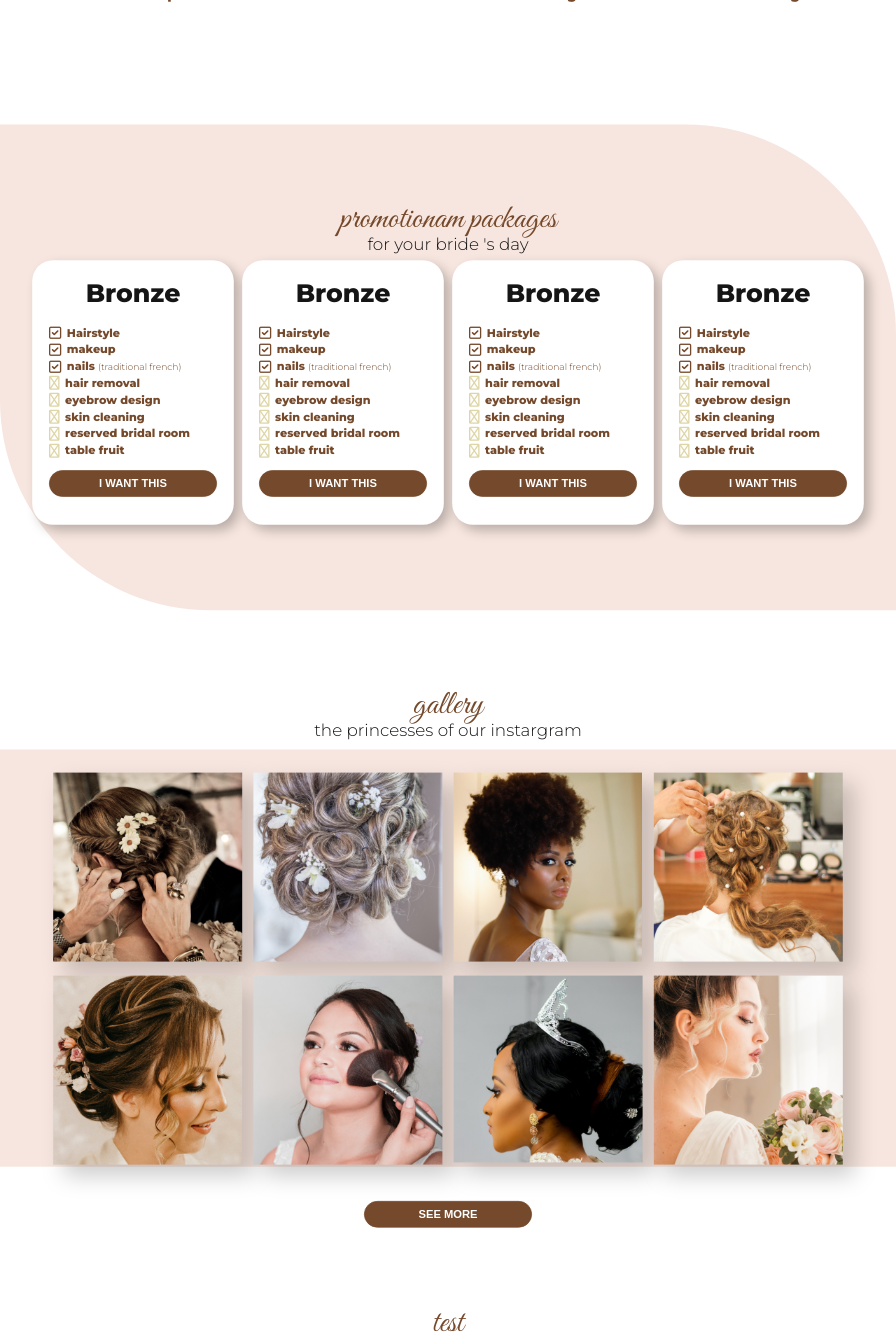
Repository: TuanHuflit2k1/clone-web01
Page: index.html
An editor plug-in stored every save of this project. The page is shown before and after a run of saves, followed by the edit.
The browser window is 1280 px wide. The pictures show the part of the page from y = 2064 to 3984 px (the page is 3984 px tall), at 70% of full size.
Some web libraries are served in a nearby version.

Above is the page before, as saved 2022-04-28 12:54:23.

After the next 3 saves:
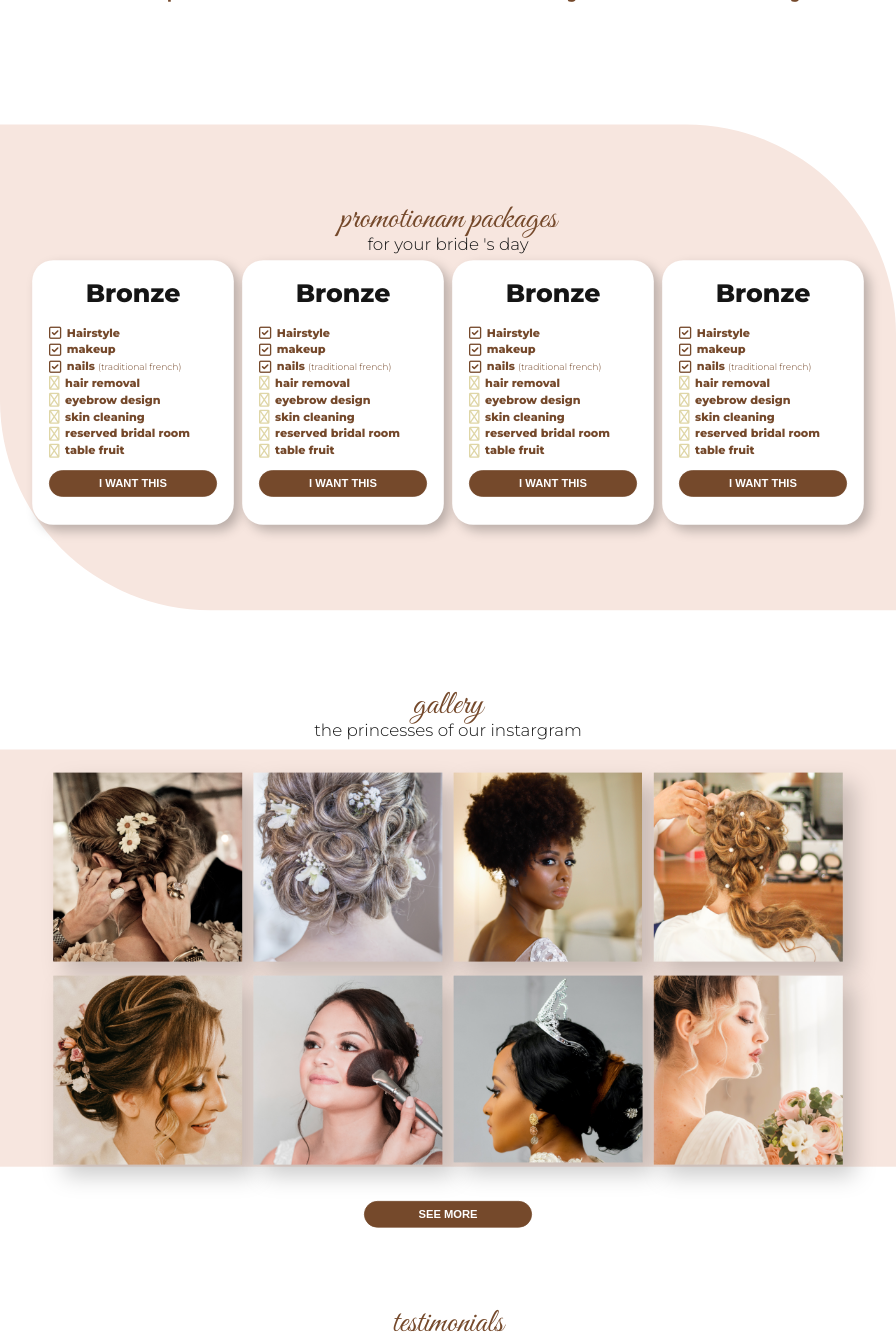
The 3 saves are shown as one change because they came seconds apart.
The last was saved 8 s later.
--- a/index.html
+++ b/index.html
@@ -369,7 +369,8 @@
     <section class="testimonials">
         <div class="testimonials-content">
             <div class="section-title">
-                <h1>test</h1>
+                <h1>testimonials</h1>
+                <span></span>
             </div>
         </div>
     </section>
